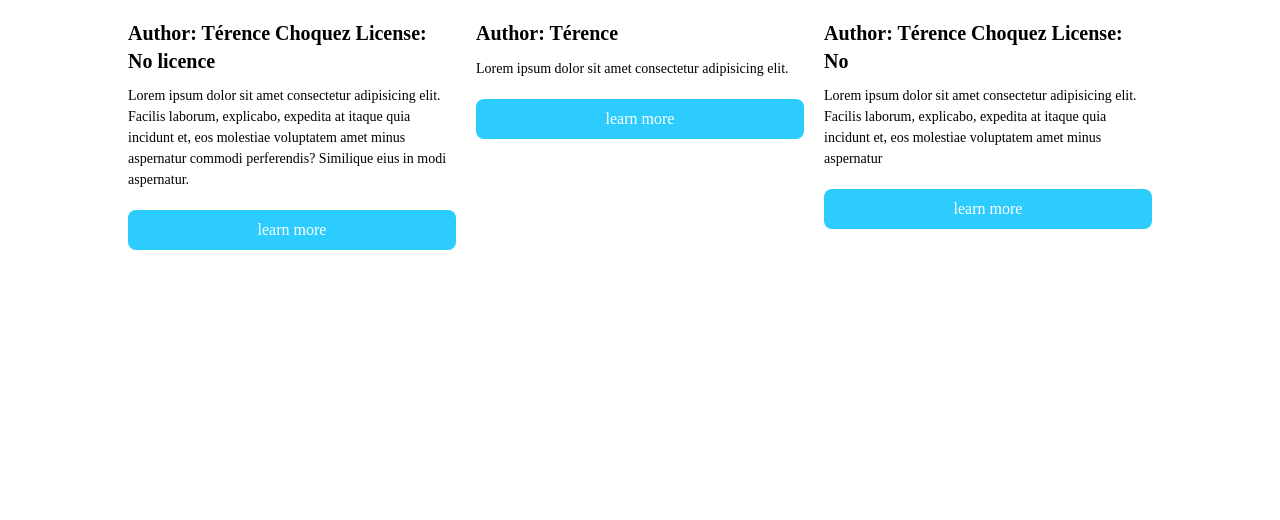
Repository: dinhhaidh/subgrid
Page: index.html
The author's editor kept a copy of each file at every save. The page is drawn from the files as they stood at one save, then again after a run of saves.
The browser window is 1280 px wide. The pictures show the part of the page from y = 220 to 740 px (the page is 740 px tall).

Above is the page before, as saved 2024-01-08 15:29:28.

### index.html
<!DOCTYPE html>
<html lang="en">
<head>
    <meta charset="UTF-8">
    <meta name="viewport" content="width=device-width, initial-scale=1.0">
    <title>Document</title>
    <link rel="stylesheet" href="style.css">
</head>
<body>
    <div class="card-list">
        <div class="card">
            <div class="card-image">
                <img src="https://images.unsplash.com/photo-1506946526854-9aad1ec915cb?q=80&w=1887&auto=format&fit=crop&ixlib=rb-4.0.3&ixid=M3wxMjA3fDB8MHxwaG90by1wYWdlfHx8fGVufDB8fHx8fA%3D%3D" alt="">
            </div>
            <h3 class="card-title">Author: Térence Choquez License: No licence</h3>
            <p class="card-desc">Lorem ipsum dolor sit amet consectetur adipisicing elit. Facilis laborum, explicabo, expedita at itaque quia incidunt et, eos molestiae voluptatem amet minus aspernatur commodi perferendis? Similique eius in modi aspernatur.
            </p>
            <a href="#" class="card-more">learn more</a>
        </div>
        <div class="card">
            <div class="card-image">
                <img src="https://images.unsplash.com/photo-1506946526854-9aad1ec915cb?q=80&w=1887&auto=format&fit=crop&ixlib=rb-4.0.3&ixid=M3wxMjA3fDB8MHxwaG90by1wYWdlfHx8fGVufDB8fHx8fA%3D%3D" alt="">
            </div>
            <h3 class="card-title">Author: Térence </h3>
            <p class="card-desc">Lorem ipsum dolor sit amet consectetur adipisicing elit.</p>
            <a href="#" class="card-more">learn more</a>
        </div>
        <div class="card">
            <div class="card-image">
                <img src="https://images.unsplash.com/photo-1506946526854-9aad1ec915cb?q=80&w=1887&auto=format&fit=crop&ixlib=rb-4.0.3&ixid=M3wxMjA3fDB8MHxwaG90by1wYWdlfHx8fGVufDB8fHx8fA%3D%3D" alt="">
            </div>
            <h3 class="card-title">Author: Térence Choquez License: No </h3>
            <p class="card-desc">Lorem ipsum dolor sit amet consectetur adipisicing elit. Facilis laborum, explicabo, expedita at itaque quia incidunt et, eos molestiae voluptatem amet minus aspernatur
            </p>
            <a href="#" class="card-more">learn more</a>
        </div>
    </div>
</body>
</html>

### style.css
*,
*:before,
*:after {
  box-sizing: border-box;
}
* {
  margin: 0;
  padding: 0;
  font: inherit;
}
img,
picture,
svg,
video {
  display: block;
  max-width: 100%;
}
input,
select,
textarea {
  background-color: transparent;
  outline: none;
}
button {
  cursor: pointer;
  background-color: transparent;
  outline: none;
  border: 0;
}
body {
  min-height: 100vh;
  font-weight: 400;
  font-size: 16px;
  line-height: 1;
}
.card-list{
    display: grid;
    grid-template-columns: repeat(3, minmax(0, 1fr));
    gap: 20px;
    max-width: 1024px;
    margin: 20px auto;
}
.card-image{
    height: 200px;
    margin-bottom: 20px;
}
.card-image img {
    width: 100%;
    height: 100%;
    object-fit: cover;
}
.card-title{
    font-size: 20px;
    font-weight: 600;
    margin-bottom: 10px;
    margin-top: 10px;
    line-height: 1.375;
}
.card-desc{
    font-size: 14px;
    line-height: 1.5;
    margin-bottom: 20px;
}
.card-more{
    display: block;
    text-decoration: none;
    color: white;
    background-color: #2cccff;
    padding: 12px;
    border-radius: 8px;
    text-align: center;
}

After the next 2 saves:
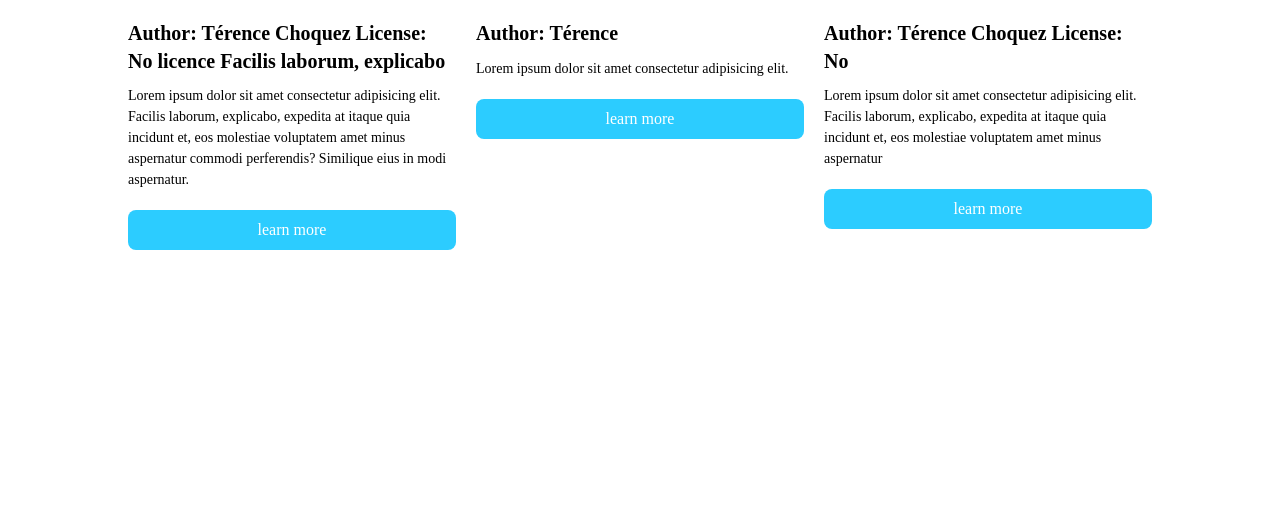
The 2 saves are shown as one change because they came seconds apart.
The last was saved 22 s later.
--- a/index.html
+++ b/index.html
@@ -12,7 +12,7 @@
             <div class="card-image">
                 <img src="https://images.unsplash.com/photo-1506946526854-9aad1ec915cb?q=80&w=1887&auto=format&fit=crop&ixlib=rb-4.0.3&ixid=M3wxMjA3fDB8MHxwaG90by1wYWdlfHx8fGVufDB8fHx8fA%3D%3D" alt="">
             </div>
-            <h3 class="card-title">Author: Térence Choquez License: No licence</h3>
+            <h3 class="card-title">Author: Térence Choquez License: No licence Facilis laborum, explicabo</h3>
             <p class="card-desc">Lorem ipsum dolor sit amet consectetur adipisicing elit. Facilis laborum, explicabo, expedita at itaque quia incidunt et, eos molestiae voluptatem amet minus aspernatur commodi perferendis? Similique eius in modi aspernatur.
             </p>
             <a href="#" class="card-more">learn more</a>
